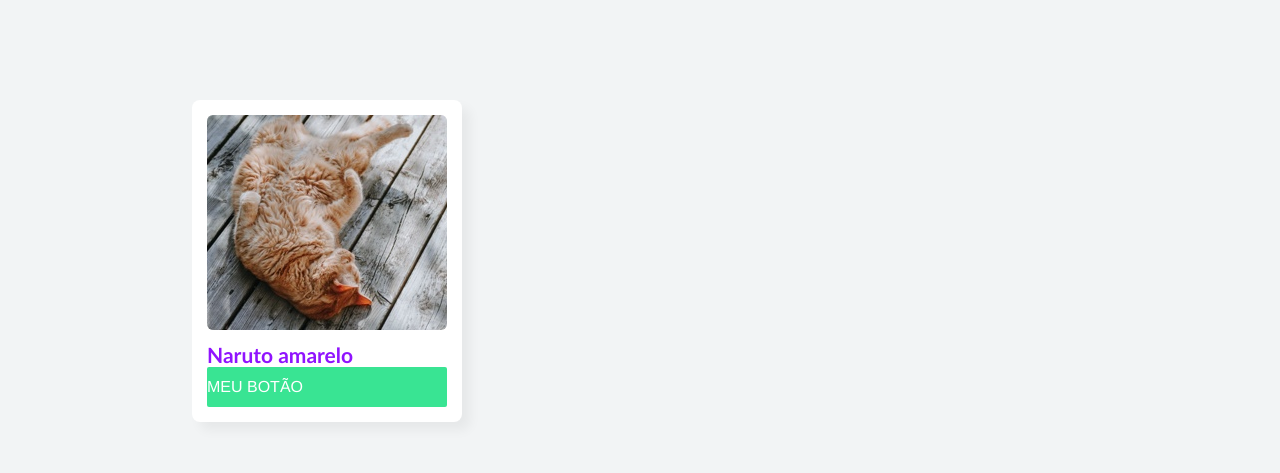
Repository: alessandradiamantino/Curso-Front-End-Design
Page: 1 - Introdução ao HTML e CSS/2 - Exercício CSS/01/codesignerspro-arquivos-exercicio-css-02/codesignerspro-arquivos-exercicio-css-02/index.html
An editor plug-in stored every save of this project. The page is shown before and after a run of saves, followed by the edit.
The browser window is 1280 px wide. The pictures show the whole page.

Above is the page before, as saved 2021-07-28 12:02:06.

### 1 - Introdução ao HTML e CSS/2 - Exercício CSS/01/codesignerspro-arquivos-exercicio-css-02/codesignerspro-arquivos-exercicio-css-02/index.html
<!DOCTYPE html>
<html lang="pt-br">

<head>
  <meta charset="UTF-8">
  <meta name="viewport" content="width=device-width, initial-scale=1.0">
  <meta http-equiv="X-UA-Compatible" content="ie=edge">
  <title>Exercício CSS 02</title>
  <link rel="stylesheet" type="text/css" href="css/style.css" />
</head>

<body>
  <main>
  <div class="card-container">
    <div class="card">
      <img src="images/gato-01.jpg"
        alt="gato deitado"
        title="gatinho"
        class="card-image"
      />
      <div class="card-body">
        <h1>Naruto amarelo</h1>
    </div>
    <div class="card-footer">
     <a href="https://web.whatsapp.com/" class="btn">Meu Botão</a>
    </div>
  </div>
</div>
  </main>
</body>

</html>

### 1 - Introdução ao HTML e CSS/2 - Exercício CSS/01/codesignerspro-arquivos-exercicio-css-02/codesignerspro-arquivos-exercicio-css-02/css/style.css
body{
  background-color: #f2f4f5;
  margin: 0;
}
main {
  width: 70%;
  display: table;
  margin: 100px auto 0 auto;
}
.card-container {
  width: 270px;
  display: table;
}

.card {
  width: 100%;
  display: table;
  background-color: #fff;
  border-radius: 8px;
  box-shadow: 8px 8px 12px rgba(0, 0, 0, 0.05);
  padding: 15px;
  box-sizing: border-box;
}

.card .card-image {
  width: 100%;
  max-width: 100%;
  height: auto;
  border-radius: 6px;
  display: block;
}

.card .card-body {
  width: 100%;
  display: table;
  margin-top: 13px;
}

.card .card-body h1 {
  font-family:'Gill Sans', 'Gill Sans MT', Calibri, 'Trebuchet MS', sans-serif;
  font-size: 21px;
  font-weight: 800;
  line-height: 24px;
  color: #9013fe;
  margin: 0;
}

.card .card-footer {
  width: 100%;
  display: table;
}

/* botões */

.btn {
  width: 100%;
  height: 40px;
  display: table;
  background-color: #39e493;
  color: #fff;
  font-family:'Franklin Gothic Medium', 'Arial Narrow', Arial, sans-serif;
  font-size: 16px;
  text-transform: uppercase;
  line-height: 40px;
  text-decoration: none;
  border-radius: 2px;
}

After the next 3 saves:
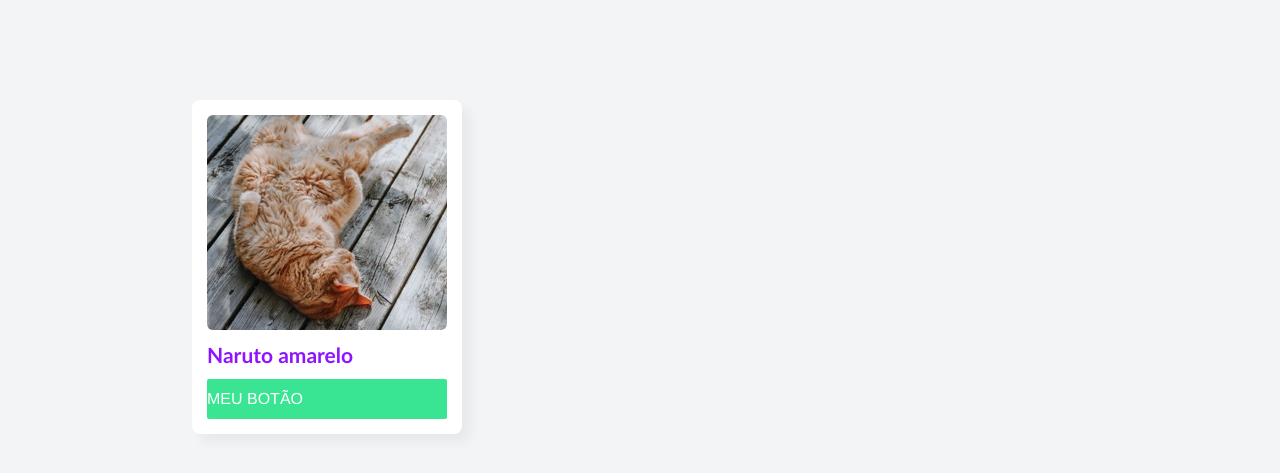
The 3 saves are shown as one change because they came seconds apart.
The last was saved 25 s later.
--- a/1 - Introdução ao HTML e CSS/2 - Exercício CSS/01/codesignerspro-arquivos-exercicio-css-02/codesignerspro-arquivos-exercicio-css-02/css/style.css
+++ b/1 - Introdução ao HTML e CSS/2 - Exercício CSS/01/codesignerspro-arquivos-exercicio-css-02/codesignerspro-arquivos-exercicio-css-02/css/style.css
@@ -64,4 +64,5 @@ main {
   line-height: 40px;
   text-decoration: none;
   border-radius: 2px;
+  margin-top: 12px;
 }
